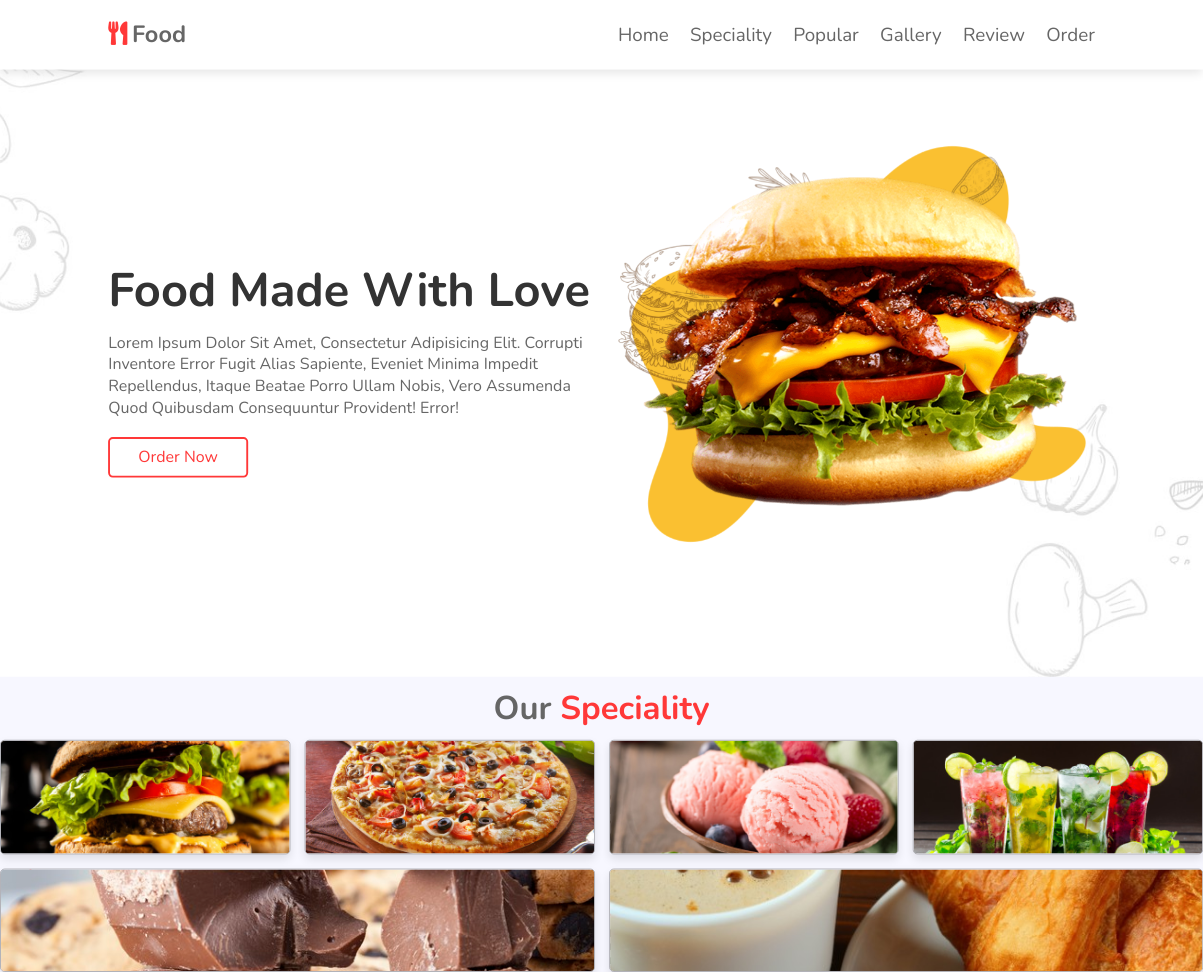
Repository: ManhTanVN/food
Page: index.html
An editor plug-in stored every save of this project. The page is shown before and after the next save, followed by the edit.
The browser window is 1280 px wide. The pictures show the whole page, at 94% of full size.
The style sheet was rebuilt from its Sass, Less or Tailwind sources for each picture, by a compiler version that may differ from the author's.

Above is the page before, as saved 2021-08-29 15:53:43.

### index.html
<!DOCTYPE html>
<html lang="en">
<head>
    <meta charset="UTF-8">
    <meta http-equiv="X-UA-Compatible" content="IE=edge">
    <meta name="viewport" content="width=device-width, initial-scale=1.0">
    <title>Document</title>
    <!-- font awe-some CDN -->
    <link rel="stylesheet" href="https://cdnjs.cloudflare.com/ajax/libs/font-awesome/5.15.4/css/all.min.css">

    <!-- custom css -->
    <link rel="stylesheet" href="./assets/css/style.css">
</head>
<body>
    <!-- header section start -->
    <header>
        <a href="#" class="logo"><i class="fas fa-utensils"></i>food</a>
        <div id="menu-bar" class="fas fa-bars"></div>
        <nav class="navbar">
            <a href="#home">home</a>
            <a href="#speciality">speciality</a>
            <a href="#popular">popular</a>
            <a href="#gallery">gallery</a>
            <a href="#review">review</a>
            <a href="#order">order</a>
        </nav>
    </header>
    <!-- header section end -->

    <!-- home section starts -->
    <section class="home" id="home">
        <div class="home__content">
            <h3>food made with love</h3>
            <p>Lorem ipsum dolor sit amet, consectetur adipisicing elit. Corrupti inventore error fugit alias sapiente, eveniet minima impedit repellendus, itaque beatae porro ullam nobis, vero assumenda quod quibusdam consequuntur provident! Error!</p>
            <a href="#" class="btn">order now</a>
        </div>
        <div class="home__image">
            <img src="./assets/images/home-img.png" alt="">
        </div>


    </section>
    <!-- home section ends -->

    <!-- speciality section starts -->
    <div class="speciality" id="speciality">
        <h1 class="speciality__heading">our <span>speciality</span></h1>
        <div class="speciality__box-container">
            <div class="box">
                <img class="box__image" src="./assets/images/s-img-1.jpg" alt="">
                <div class="box__content">
                    <img src="./assets/images/s-1.png" alt="">
                    <h3>tasty burger</h3>
                    <p>Lorem ipsum dolor sit amet consectetur adipisicing elit. Voluptatibus nam ratione, veniam esse illo vitae alias adipisci reiciendis sunt minus?</p>
                </div>
            </div>
            <div class="box">
                <img class="box__image" src="./assets/images/s-img-2.jpg" alt="">
                <div class="box__content">
                    <img src="./assets/images/s-2.png" alt="">
                    <h3>tasty pizza</h3>
                    <p>Lorem ipsum dolor sit amet consectetur adipisicing elit. Voluptatibus nam ratione, veniam esse illo vitae alias adipisci reiciendis sunt minus?</p>
                </div>
            </div>
            <div class="box">
                <img class="box__image" src="./assets/images/s-img-3.jpg" alt="">
                <div class="box__content">
                    <img src="./assets/images/s-3.png" alt="">
                    <h3>cold ice-cream</h3>
                    <p>Lorem ipsum dolor sit amet consectetur adipisicing elit. Voluptatibus nam ratione, veniam esse illo vitae alias adipisci reiciendis sunt minus?</p>
                </div>
            </div>
            <div class="box">
                <img class="box__image" src="./assets/images/s-img-4.jpg" alt="">
                <div class="box__content">
                    <img src="./assets/images/s-4.png" alt="">
                    <h3>drinks</h3>
                    <p>Lorem ipsum dolor sit amet consectetur adipisicing elit. Voluptatibus nam ratione, veniam esse illo vitae alias adipisci reiciendis sunt minus?</p>
                </div>
            </div>
            <div class="box">
                <img class="box__image" src="./assets/images/s-img-5.jpg" alt="">
                <div class="box__content">
                    <img src="./assets/images/s-5.png" alt="">
                    <h3>tasty sweets</h3>
                    <p>Lorem ipsum dolor sit amet consectetur adipisicing elit. Voluptatibus nam ratione, veniam esse illo vitae alias adipisci reiciendis sunt minus?</p>
                </div>
            </div>
            <div class="box">
                <img class="box__image" src="./assets/images/s-img-6.jpg" alt="">
                <div class="box__content">
                    <img src="./assets/images/s-6.png" alt="">
                    <h3>healthy breakfast</h3>
                    <p>Lorem ipsum dolor sit amet consectetur adipisicing elit. Voluptatibus nam ratione, veniam esse illo vitae alias adipisci reiciendis sunt minus?</p>
                </div>
            </div>
        </div>
    </div>
    <!-- speciality section ends -->

<!-- custom js -->
<script src="./assets/js/main.js"></script>
</body>
</html>

### assets/js/main.js
let menu = document.querySelector("#menu-bar");
let navbar = document.querySelector(".navbar");

menu.onclick = () =>{
    menu.classList.toggle('fa-times');
    navbar.classList.toggle('active');
}

window.onscroll = () => {
    menu.classList.remove('fa-times');
    navbar.classList.remove('active');
}

### sass/style.scss
@import url('https://fonts.googleapis.com/css2?family=Nunito:wght@200;300;400;600;700&display=swap');
@import './mixin';
@import './variables';
@import './animation';
@import './base';
@import './header';
@import './menu-bar';
@import './home';
@import './btn';
@import './speciality';

@import './_media';

### sass/_mixin.scss
@mixin responsive($breakpoint) {
    @if $breakpoint == tablet {
        @media (max-width:991px) {@content}
    };

    @if $breakpoint == phone {
        @media (max-width: 768px) {@content}
    };

    @if $breakpoint == small {
        @media (max-width: 400px) {@content}
    };
}

### sass/_variables.scss
$color-red: #ff3838;

### sass/_animation.scss
@keyframes float {
    0%, 100% {
        transform: translateY(0rem)
    };

    50% {
        transform: translateY(03rem)
    }
}

### sass/_base.scss
* {
    font-family: 'Nunito', sans-serif;
    padding: 0; margin: 0;
    box-sizing: border-box;
    border: 0; outline: none;
    text-transform: capitalize;
    text-decoration: none;
    transition: all .2s linear;
}

*::selection {
    background: $color-red;
    color: #fff;
}

html {
    font-size: 62.5%;
    overflow-x: hidden;
    scroll-behavior: smooth;
    scroll-padding-top: 6rem;
    @include responsive (tablet) {
        font-size: 55%;
    }

    @include responsive (small) {
        font-size: 50%;

    }
}

body {
    background: #f7f7ff;
}

section {
    padding: 2rem 9%;
    @include responsive (tablet){
        padding: 2rem;
    }
}

### sass/_header.scss
header {
    position: fixed;
    top: 0;
    left: 0;
    right: 0;
    z-index: 9999;
    background: #fff;
    padding: 2rem 9%;
    box-shadow: 0 0.5rem 1rem rgba(0,0,0,.1);
    display: flex;
    justify-content: space-between;
    align-items: center;
    @include responsive (tablet) {
        padding: 2rem;
    }

}
header .logo {
    font-size: 2.5rem;
    font-weight: bold;
    color: #666;
}
header .logo i {
    padding-right: .5rem;
    color: $color-red;
}
header .navbar a {
    font-size: 2rem;
    margin-left: 2rem;
    color: #666;

    @include responsive (phone) {
        margin: 1.5rem;
        padding: 1.5rem;
        display: block;
        border: .2rem solid rgba(0,0,0,.1);
        border-left: .5rem solid $color-red;
        background: #fff;
    }
}

header .navbar a:hover {
    color: $color-red;
}

header .navbar {
    @include responsive (phone) {
        position: absolute;
        top: 100%;
        right: 0;
        left: 0;
        background: #f7f7f7;
        border-top: .1rem solid rgba(0,0,0,.1);
        clip-path: polygon(0 0, 100% 0 , 100% 0 , 0 0);
        // -webkit-clip-path :(0 0, 100% 0 , 100% 0 , 0 0);
    }
}
header .navbar.active {
    @include responsive (phone) {
        clip-path: polygon(0 0, 100% 0 , 100% 100% , 0 100%);

    }
}

### sass/_menu-bar.scss
#menu-bar {
    font-size: 3rem;
    cursor: pointer;
    color: #666;
    border: .1rem solid #666;
    border-radius: .3rem;
    padding: .5rem 1.5rem;
    display: none;

    @include responsive (phone) {
        display: initial;
    }

}

### sass/_home.scss
.home {
    display: flex;
    flex-wrap: wrap;
    gap: 1.5rem;
    min-height: 100vh;
    align-items: center;
    background: url(../assets/images/home-bg.jpg) no-repeat;
    // background: url(../assets/images/pic1.png);
    // background: gold;
    background-size: cover;
    background-position: center;

    &__content{
        flex: 1 1 40rem;
        padding-top: 6.5rem;

        & h3{
            font-size: 5rem;
            color: #333;
        }
        & p{
            font-size: 1.7rem;
            color: #666;
            padding: 1rem 0;
        }
    }
    &__image {
        flex: 1 1 40rem;

    }
    &__image img {
        width: 100%;
        padding: 1rem;
        animation: float 3s linear infinite;
    }
}

### sass/_btn.scss
.btn {
    display: inline-block;
    padding: .8rem 3rem;
    border: .2rem solid $color-red;
    color: $color-red;
    cursor: pointer;
    font-size: 1.7rem;
    border-radius: .5rem;
    position: relative;
    overflow: hidden;
    z-index: 0;
    margin-top: 1rem;
    &::after {
        content: "";
        position: absolute;
        top: 0;
        right: 0;
        width: 0;
        height: 100%;
        background: $color-red;
        transition: .2s linear;
        z-index: -1;
    }

    &:hover::after {
        width: 100%;
        left: 0;;
    }
    &:hover {
        color: #fff;
    }
}

### sass/_speciality.scss
.speciality {
    &__heading {
        text-align: center;
        font-size: 3.5rem;
        padding: 1rem;
        color: #666;

        & span {
            color: $color-red;
        }
    }

    &__box-container {
        display: flex;
        flex-wrap: wrap;
        gap: 1.5rem;

        & .box {
            flex: 1 1 30rem;
            position: relative;
            overflow: hidden;
            box-shadow: 0 .5rem 1rem rgba(0,0,0,.1);
            border: .1rem solid rgba(0,0,0,.3);
            cursor: pointer;
            border-radius: .5rem;

            &__image{
                width: 100%;
                height: 100%;
                object-fit: cover;
                position: absolute;
            }
        }
    }
}

### sass/__media.scss
@media (max-width: 991px) {
    html {
    }
    header {

    }
}

@media (max-width: 768px) {


    .menu-bar {

    }
}

After the next save:
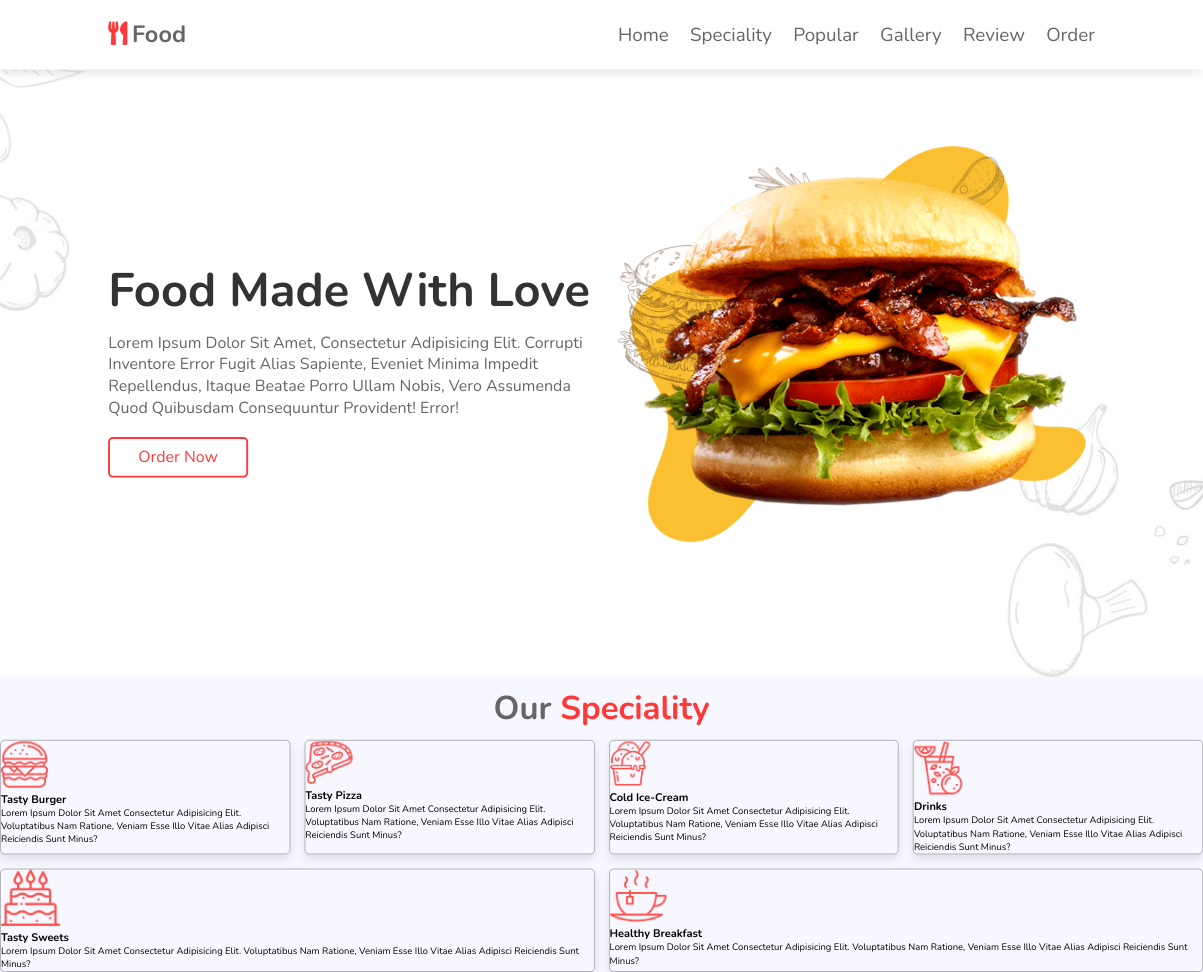
Saved 56 s later.
--- a/sass/_speciality.scss
+++ b/sass/_speciality.scss
@@ -29,6 +29,8 @@
                 height: 100%;
                 object-fit: cover;
                 position: absolute;
+                top: -100%;
+                left: 0;
             }
         }
     }
